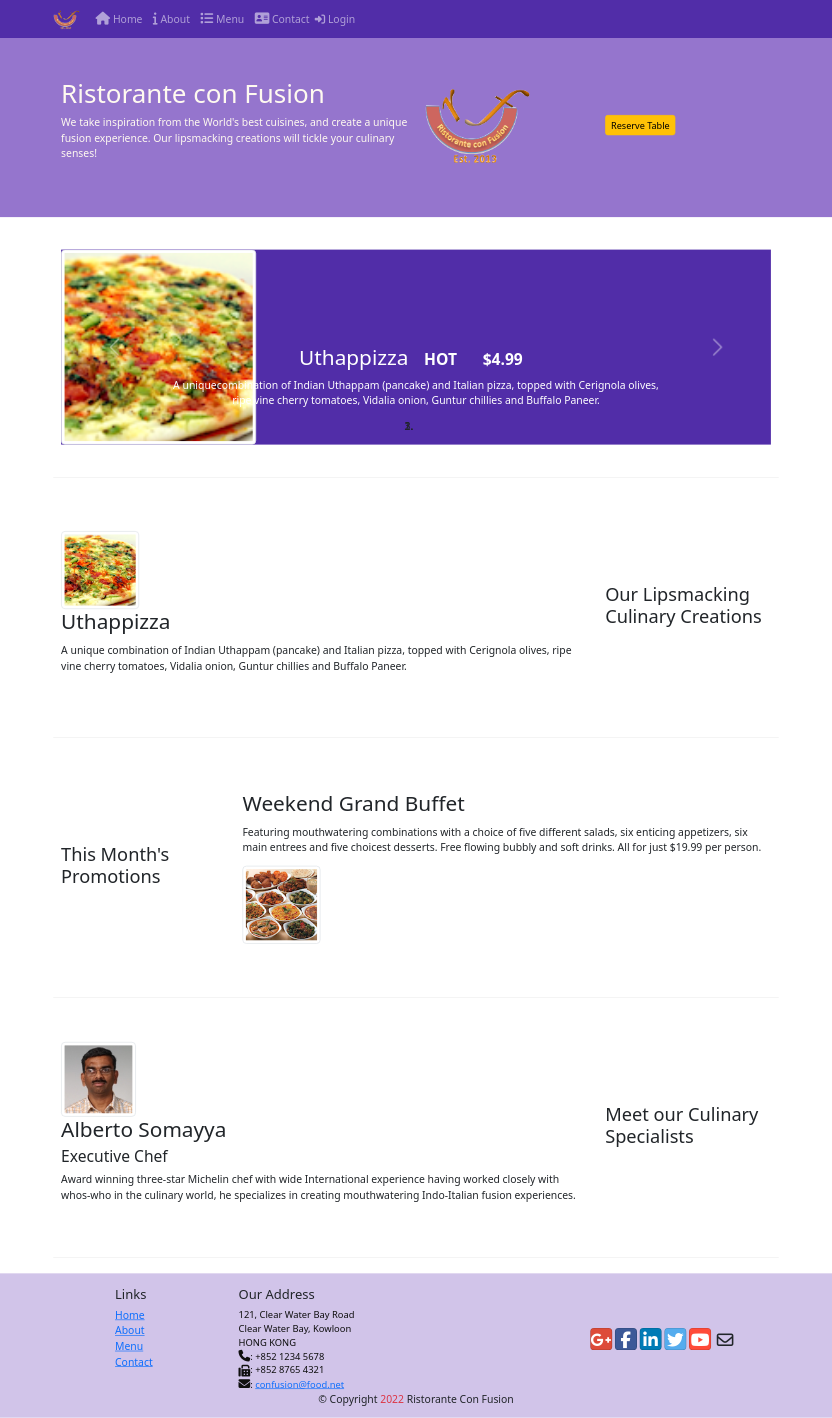
Repository: DungBuiTuan/LAB_FER201m
Page: index.html
The author's editor kept a copy of each file at every save. The page is drawn from the files as they stood at one save, then again after the next save.
The browser window is 1280 px wide. The pictures show the whole page, at 65% of full size.
Some web libraries are served in a nearby version.

Above is the page before, as saved 2023-05-28 23:05:58.

After the next save:
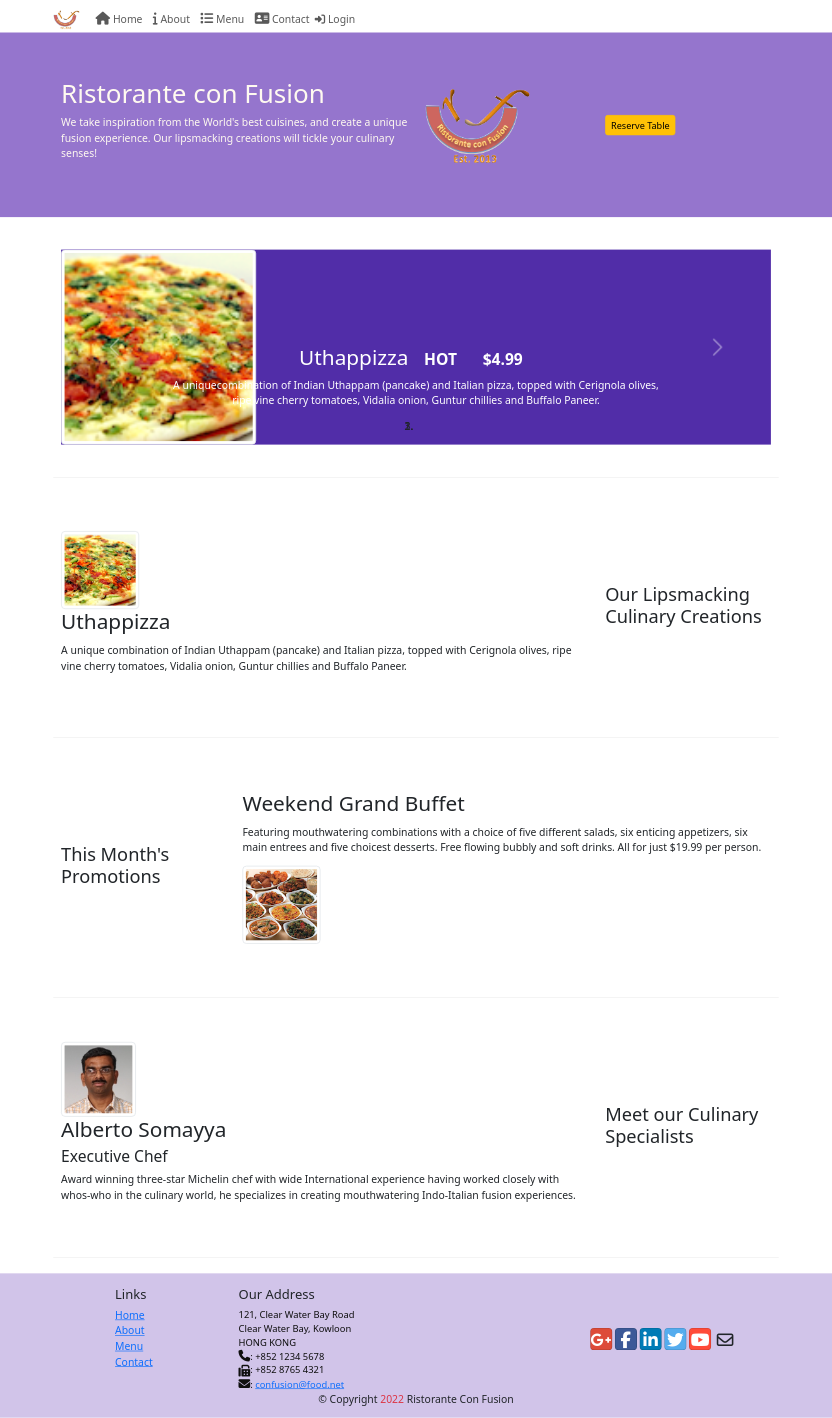
Saved 32 min 47 s later.
--- a/index.html
+++ b/index.html
@@ -16,7 +16,7 @@
 
 <body>
 
-    <nav class="navbar navbar-dark navbar-expand-md fixed-top">
+    <nav class="navbar  navbar-expand-md fixed-top">
         <div class="container">
             <button class="navbar-toggler" type="button" data-toggle="collapse" data-target="#Navbar">
                 <span class="navbar-toggler-icon"></span>

After the save that followed:
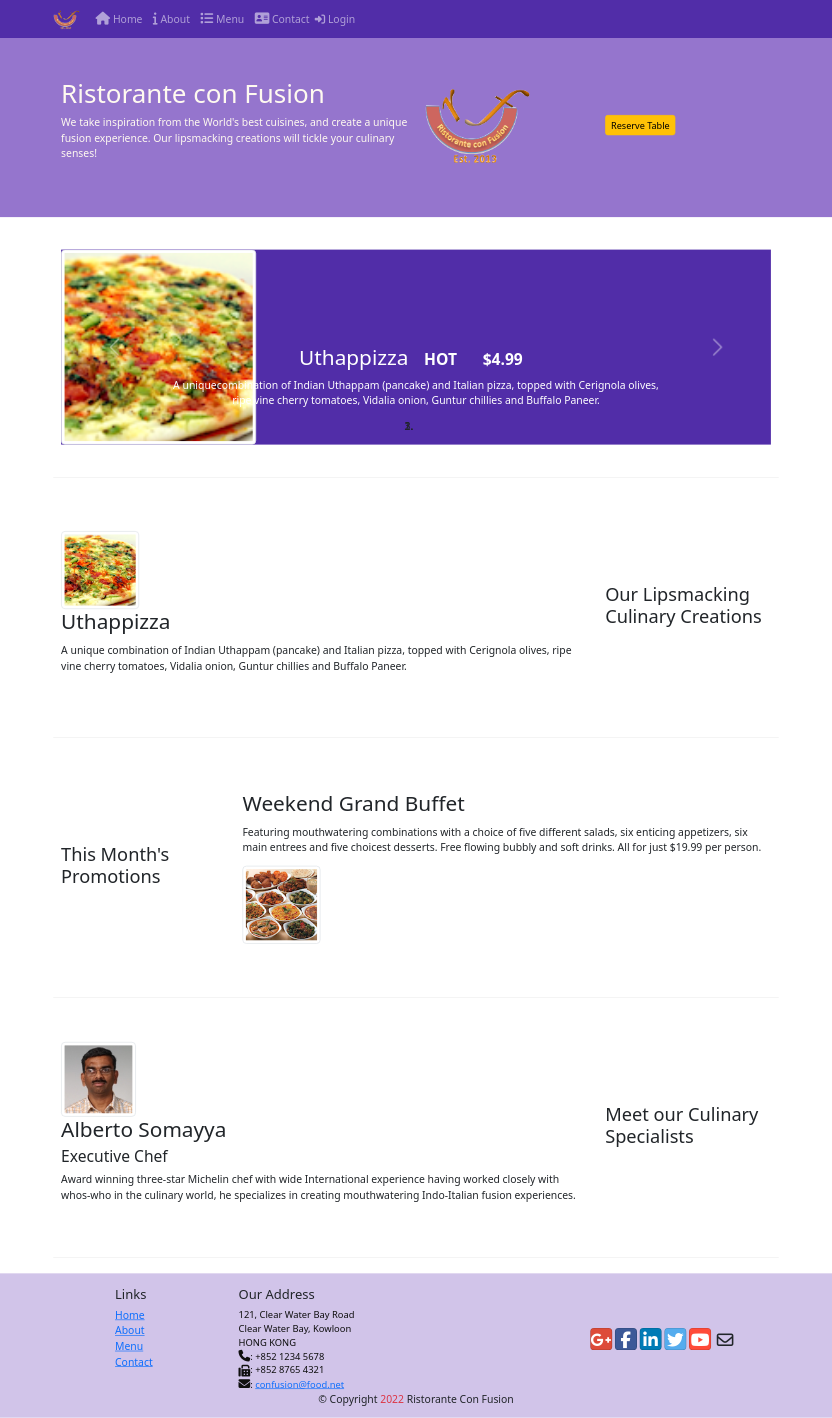
Saved 56 s later.
--- a/index.html
+++ b/index.html
@@ -16,7 +16,7 @@
 
 <body>
 
-    <nav class="navbar  navbar-expand-md fixed-top">
+    <nav class="navbar navbar-dark navbar-expand-md fixed-top">
         <div class="container">
             <button class="navbar-toggler" type="button" data-toggle="collapse" data-target="#Navbar">
                 <span class="navbar-toggler-icon"></span>
@@ -63,7 +63,7 @@
     </header>
 
     <div class="container">
-        <div id="loginModal" class="modal fade" role="dialog">
+        <div id="loginModal" class="modal fade navbar-dark" role="dialog">
             <div class="modal-dialog modal-lg" role="content">
                 <!-- Modal content-->
                 <div class="modal-content">
